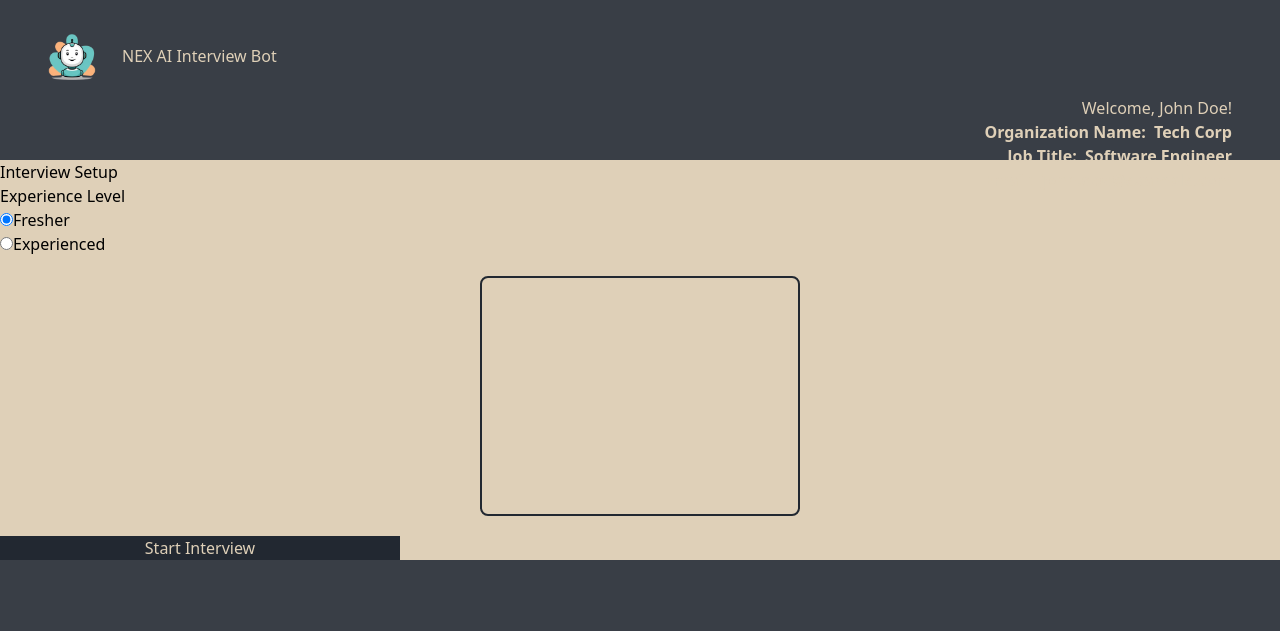
Repository: ddnyanu/AI-INTERVIEW-BOT
Page: / (app in AI-Interview-bot/)
An editor plug-in stored every save of this project. The page is shown before and after the next save, followed by the edit.
The browser window is 1280 px wide. The pictures show the whole page.
The page's requests for data from a server got no answer. The project was rebuilt for these pictures with package versions that can differ from the ones it lists, and the page was loaded fresh each time. No one was signed in, and anything a server would have sent is missing. Also part of the build but not shown: AI-Interview-bot/vite.config.js, AI-Interview-bot/src/components/MicButton.jsx, AI-Interview-bot/src/components/ProgressBar.jsx, AI-Interview-bot/src/components/Timer.jsx, AI-Interview-bot/src/components/InterviewSection.jsx, AI-Interview-bot/src/components/ReportModal.jsx, AI-Interview-bot/src/pages/Error.jsx, AI-Interview-bot/src/pages/InterviewInvitation.jsx.

Above is the page before, as saved 2025-06-16 10:55:12.

### AI-Interview-bot/src/index.css
@import "tailwindcss";

/* Custom styles */
.header {
  background: linear-gradient(135deg, #222831);
  color: #dfd0b8;
  margin-bottom: 2rem;
  border-radius: 0 0 10px 10px;
  height: 8rem;
  padding: 1rem 2rem;
}

.mic-button {
  width: 100px;
  height: 100px;
  border-radius: 50%;
  background-color: #222831;
  color: white;
  border: none;
  font-size: 24px;
  cursor: pointer;
  display: flex;
  justify-content: center;
  align-items: center;
  box-shadow: 0 4px 8px rgba(0, 0, 0, 0.2);
  transition: all 0.3s;
}

.mic-button:hover {
  transform: scale(1.05);
  box-shadow: 0 6px 12px rgba(0, 0, 0, 0.3);
}

.mic-button.recording {
  animation: pulse 1.5s infinite;
  background-color: #393e46;
}

.interview-complete-message {
  background-color: #d4edda;
  color: #155724;
  padding: 15px;
  border-radius: 8px;
  margin-top: 20px;
  text-align: center;
}

.start-new-btn {
  position: fixed;
  bottom: 20px;
  left: 20px;
  z-index: 1000;
  box-shadow: 0 4px 8px rgba(0, 0, 0, 0.1);
  padding: 10px 20px;
  font-weight: bold;
  background-color: #222831;
  border-color: #393e46;
  color: white;
}

.start-new-btn:hover {
  background-color: #222831;
  border-color: #393e46;
  color: white;
}

.camera-container {
  position: relative;
  width: 320px;
  height: 240px;
  margin: 20px auto;
  border: 2px solid #222831;
  border-radius: 8px;
  overflow: hidden;
}

.camera-feed {
  width: 100%;
  height: 100%;
  object-fit: cover;
}

/* Rating badges */
.rating-excellent {
  background-color: #28a745;
}
.rating-good {
  background-color: #17a2b8;
}
.rating-average {
  background-color: #ffc107;
  color: black;
}
.rating-poor {
  background-color: #dc3545;
}

/* Decision colors */
.decision-selected {
  color: #28a745;
}
.decision-onhold {
  color: #ffc107;
}
.decision-rejected {
  color: #dc3545;
}

### AI-Interview-bot/src/App.jsx
import React from "react";
import { BrowserRouter as Router, Routes, Route } from "react-router-dom";
import Home from "./pages/Home";
import Error from "./pages/Error";
import InterviewInvitation from "./pages/InterviewInvitation";

function App() {
  return (
    <Router>
      <div className="font-sans bg-gray-100 min-h-screen">
        <Routes>
          <Route path="/" element={<Home />} />
          <Route path="/error" element={<Error />} />
          <Route path="/invitation" element={<InterviewInvitation />} />
        </Routes>
      </div>
    </Router>
  );
}

export default App;

### AI-Interview-bot/src/pages/Home.jsx
import React, { useState } from "react";
import Header from "../components/Header";
import SetupSection from "../components/SetupSection";
import InterviewSection from "../components/InterviewSection";
import ReportModal from "../components/ReportModal";

const Home = () => {
  const [interviewStarted, setInterviewStarted] = useState(false);
  const [interviewCompleted, setInterviewCompleted] = useState(false);
  const [showReportModal, setShowReportModal] = useState(false);

  const candidateData = {
    candidateName: "John Doe",
    organizationName: "Tech Corp",
    jobTitle: "Software Engineer",
    email: "john.doe@example.com",
  };

  const handleStartInterview = (settings) => {
    console.log("Interview settings:", settings);
    setInterviewStarted(true);
  };

  const handleInterviewComplete = () => {
    setInterviewCompleted(true);
  };

  const handleViewReport = () => {
    setShowReportModal(true);
  };

  const handleStartNewInterview = () => {
    setInterviewStarted(false);
    setInterviewCompleted(false);
  };

  const handleCloseReport = () => {
    setShowReportModal(false);
  };

  return (
    <div
      className="container-fluid"
      style={{ backgroundColor: "#393e46", minHeight: "100vh" }}
    >
      <Header {...candidateData} />

      {!interviewStarted ? (
        <SetupSection onStartInterview={handleStartInterview} />
      ) : (
        <InterviewSection
          onInterviewComplete={handleInterviewComplete}
          onViewReport={handleViewReport}
          onStartNewInterview={handleStartNewInterview}
        />
      )}

      <ReportModal show={showReportModal} onClose={handleCloseReport} />
    </div>
  );
};

export default Home;

### AI-Interview-bot/src/components/Header.jsx
import React from "react";

const Header = ({ candidateName, organizationName, jobTitle, email }) => {
  return (
    <div className="container-fluid">
      <div className="row header">
        <div className="col-md-8 d-flex flex-column justify-content-center text-left">
          <h1 style={{ display: "flex", alignItems: "center" }}>
            <img
              src="/src/assets/botImage.png"
              alt="Bot Logo"
              style={{ height: "80px", marginRight: "10px" }}
            />
            NEX AI Interview Bot
          </h1>
        </div>
        <div className="col-md-4 d-flex flex-column justify-content-center align-items-end pr-4">
          <h5 className="mb-0 text-right">
            Welcome, {candidateName}!<br />
            <strong>
              Organization Name: &nbsp;{organizationName || "N/A"}
            </strong>
            <br />
            <strong>Job Title: &nbsp;{jobTitle || "N/A"}</strong>
            <br />
            <strong>Email: &nbsp;{email || "N/A"}</strong>
          </h5>
        </div>
      </div>
    </div>
  );
};

export default Header;

### AI-Interview-bot/src/components/SetupSection.jsx
import React, { useState } from "react";
import CameraFeed from "./CameraFeed";

const SetupSection = ({ onStartInterview }) => {
  const [experienceLevel, setExperienceLevel] = useState("fresher");
  const [yearsExperience, setYearsExperience] = useState(3);

  const handleSubmit = (e) => {
    e.preventDefault();
    onStartInterview({
      experienceLevel,
      yearsExperience: experienceLevel === "experienced" ? yearsExperience : 0,
    });
  };

  return (
    <div className="row setup-section">
      <div className="col-md-6 offset-md-3">
        <div className="card" style={{ backgroundColor: "#dfd0b8" }}>
          <div className="card-header">
            <h3>Interview Setup</h3>
          </div>
          <div className="card-body">
            <form onSubmit={handleSubmit}>
              <div className="mb-3">
                <label className="form-label">Experience Level</label>
                <div className="form-check">
                  <input
                    className="form-check-input"
                    type="radio"
                    name="experienceLevel"
                    id="fresher"
                    value="fresher"
                    checked={experienceLevel === "fresher"}
                    onChange={() => setExperienceLevel("fresher")}
                  />
                  <label className="form-check-label" htmlFor="fresher">
                    Fresher
                  </label>
                </div>
                <div className="form-check">
                  <input
                    className="form-check-input"
                    type="radio"
                    name="experienceLevel"
                    id="experienced"
                    value="experienced"
                    checked={experienceLevel === "experienced"}
                    onChange={() => setExperienceLevel("experienced")}
                  />
                  <label className="form-check-label" htmlFor="experienced">
                    Experienced
                  </label>
                </div>
              </div>

              {experienceLevel === "experienced" && (
                <div className="mb-3 experience-fields" id="experienceFields">
                  <label htmlFor="yearsExperience" className="form-label">
                    Years of Experience
                  </label>
                  <input
                    type="number"
                    className="form-control"
                    id="yearsExperience"
                    min="1"
                    max="30"
                    value={yearsExperience}
                    onChange={(e) =>
                      setYearsExperience(parseInt(e.target.value))
                    }
                  />
                </div>
              )}

              <CameraFeed />

              <button
                type="submit"
                id="startInterviewBtn"
                className="btn btn-lg w-100"
                style={{ backgroundColor: "#222831", color: "#dfd0b8" }}
              >
                <i className="fas fa-play"></i> Start Interview
              </button>
            </form>
          </div>
        </div>
      </div>
    </div>
  );
};

export default SetupSection;

### AI-Interview-bot/src/components/CameraFeed.jsx
import React, { useEffect, useRef } from "react";

const CameraFeed = () => {
  const videoRef = useRef(null);

  useEffect(() => {
    let mediaStream = null;

    const initCamera = async () => {
      try {
        mediaStream = await navigator.mediaDevices.getUserMedia({
          video: {
            width: { ideal: 640 },
            height: { ideal: 480 },
            facingMode: "user",
          },
          audio: false,
        });

        if (videoRef.current) {
          videoRef.current.srcObject = mediaStream;
        }
      } catch (err) {
        console.error("Error accessing camera:", err);
      }
    };

    initCamera();

    return () => {
      if (mediaStream) {
        mediaStream.getTracks().forEach((track) => track.stop());
      }
    };
  }, []);

  return (
    <div className="camera-container">
      <video
        ref={videoRef}
        className="camera-feed"
        autoPlay
        playsInline
      ></video>
    </div>
  );
};

export default CameraFeed;

Loaded but not shown: AI-Interview-bot/index.html (common file); AI-Interview-bot/src/main.jsx (common file)

After the next save:
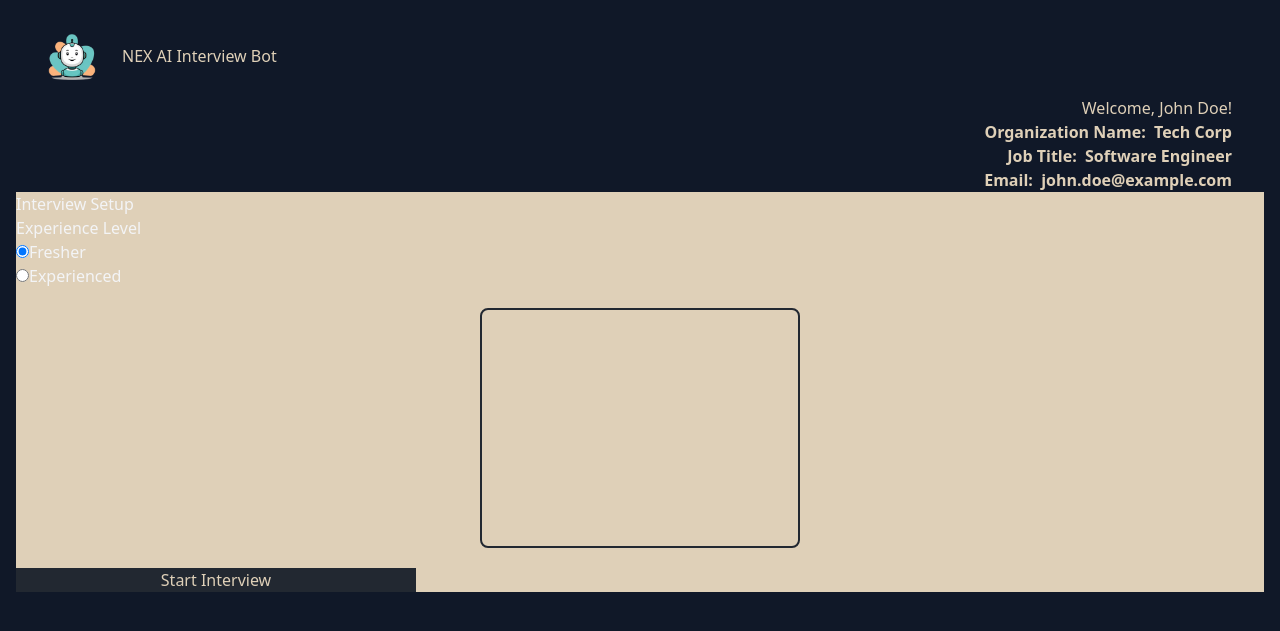
Saved 12 s later.
--- a/AI-Interview-bot/src/pages/Home.jsx
+++ b/AI-Interview-bot/src/pages/Home.jsx
@@ -4,11 +4,21 @@ import SetupSection from "../components/SetupSection";
 import InterviewSection from "../components/InterviewSection";
 import ReportModal from "../components/ReportModal";
 
-const Home = () => {
+function Home() {
+  // State management for interview flow
   const [interviewStarted, setInterviewStarted] = useState(false);
   const [interviewCompleted, setInterviewCompleted] = useState(false);
   const [showReportModal, setShowReportModal] = useState(false);
+  const [interviewSettings, setInterviewSettings] = useState({
+    role: "Software Engineer",
+    experienceLevel: "fresher",
+    yearsExperience: 0,
+    resumeText: "",
+    jdText: "",
+    autoStartRecording: true,
+  });
 
+  // Mock candidate data - replace with actual API call
   const candidateData = {
     candidateName: "John Doe",
     organizationName: "Tech Corp",
@@ -16,8 +26,9 @@ const Home = () => {
     email: "john.doe@example.com",
   };
 
+  // Handler functions
   const handleStartInterview = (settings) => {
-    console.log("Interview settings:", settings);
+    setInterviewSettings((prev) => ({ ...prev, ...settings }));
     setInterviewStarted(true);
   };
 
@@ -39,25 +50,30 @@ const Home = () => {
   };
 
   return (
-    <div
-      className="container-fluid"
-      style={{ backgroundColor: "#393e46", minHeight: "100vh" }}
-    >
+    <div className="bg-gray-900 min-h-screen text-gray-100">
+      {/* Application Header */}
       <Header {...candidateData} />
 
-      {!interviewStarted ? (
-        <SetupSection onStartInterview={handleStartInterview} />
-      ) : (
-        <InterviewSection
-          onInterviewComplete={handleInterviewComplete}
-          onViewReport={handleViewReport}
-          onStartNewInterview={handleStartNewInterview}
-        />
-      )}
+      {/* Main Content Area */}
+      <main className="container mx-auto px-4 py-8">
+        {!interviewStarted ? (
+          // Setup Phase
+          <SetupSection onStartInterview={handleStartInterview} />
+        ) : (
+          // Interview Phase
+          <InterviewSection
+            interviewSettings={interviewSettings}
+            onInterviewComplete={handleInterviewComplete}
+            onViewReport={handleViewReport}
+            onStartNewInterview={handleStartNewInterview}
+          />
+        )}
+      </main>
 
+      {/* Report Modal */}
       <ReportModal show={showReportModal} onClose={handleCloseReport} />
     </div>
   );
-};
+}
 
 export default Home;
